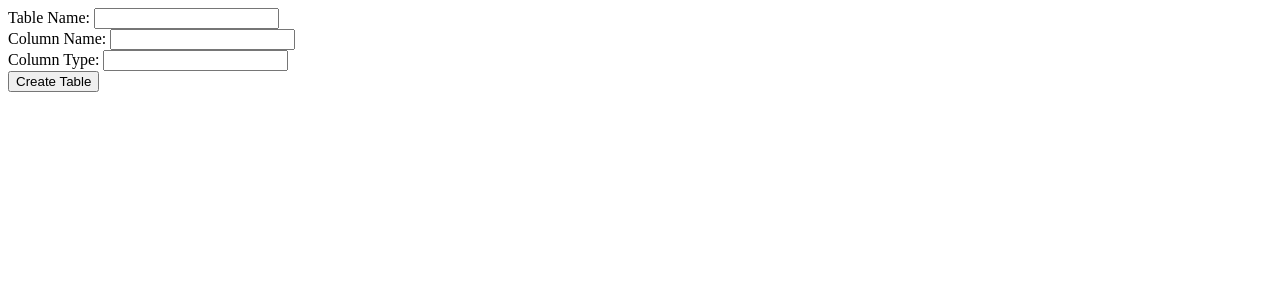
Repository: shubhamsingh331/Learners_Academy
Page: http://localhost/multipletables/test.jsp
The author's editor kept a copy of each file at every save. The page is drawn from the files as they stood at one save, then again after the next save.
The browser window is 1280 px wide. The pictures show the whole page.
The page is served by Tomcat 9. Other server files are loaded and not shown.

Above is the page before, as saved 2023-10-10 13:10:23.

### multipletables/src/main/webapp/test.jsp
<%@ page language="java" contentType="text/html; charset=ISO-8859-1"
    pageEncoding="ISO-8859-1"%>
<!DOCTYPE html>
<html>
<head>
<meta charset="ISO-8859-1">
<title>Insert title here</title>
</head>
<body>
<form action="test2.jsp" method="post">
    Table Name: <input type="text" name="tableName"><br>
    Column Name: <input type="text" name="columnName"><br>
    Column Type: <input type="text" name="columnType"><br>
    <input type="submit" value="Create Table">
</form>
</body>
</html>

After the next save:
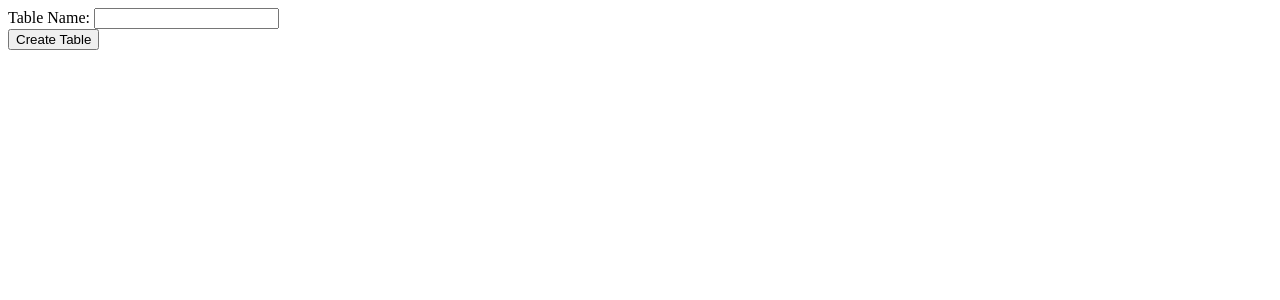
Saved 11 min 48 s later.
--- a/multipletables/src/main/webapp/test.jsp
+++ b/multipletables/src/main/webapp/test.jsp
@@ -9,8 +9,6 @@
 <body>
 <form action="test2.jsp" method="post">
     Table Name: <input type="text" name="tableName"><br>
-    Column Name: <input type="text" name="columnName"><br>
-    Column Type: <input type="text" name="columnType"><br>
     <input type="submit" value="Create Table">
 </form>
 </body>
